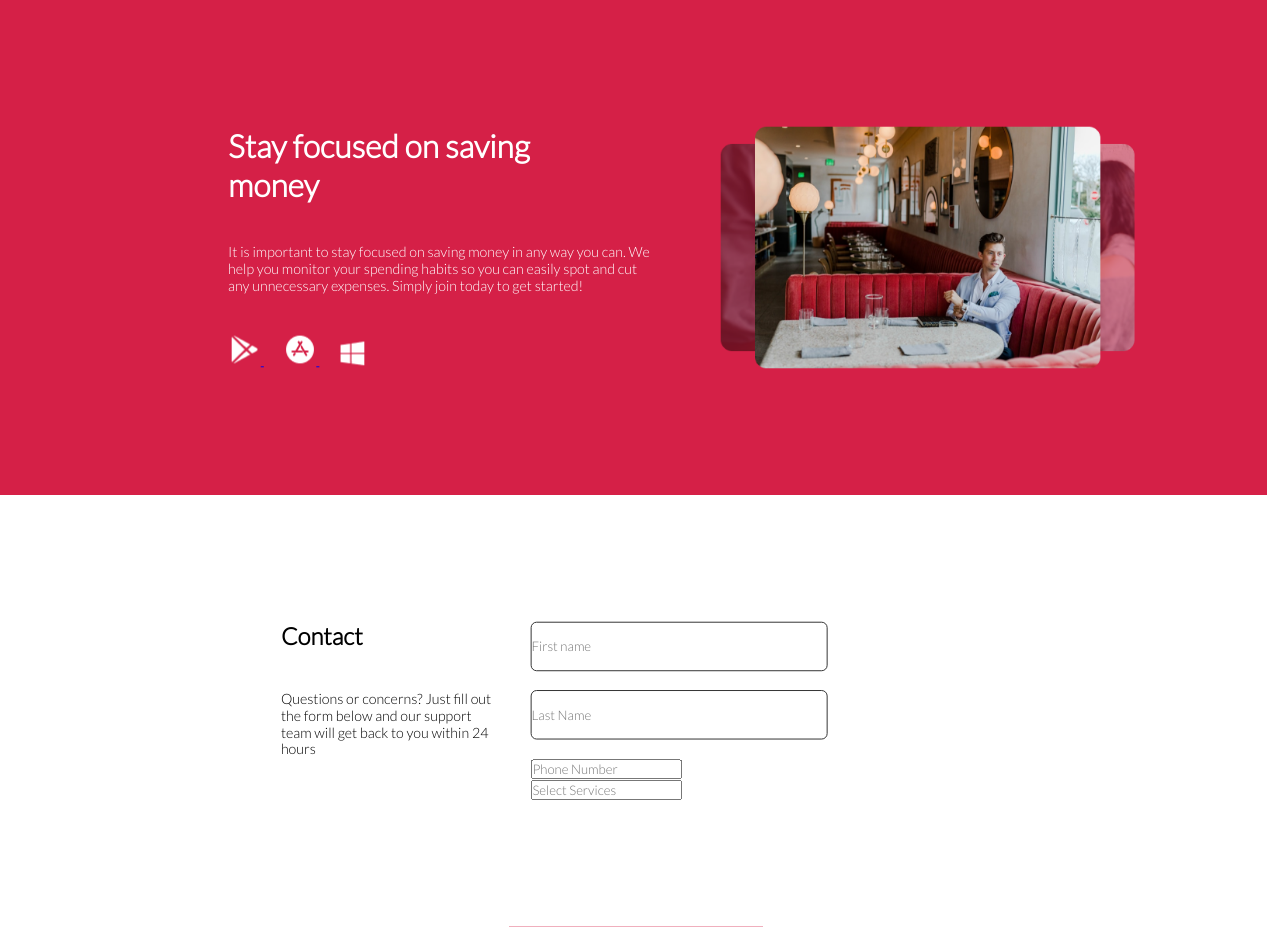
Repository: batonAnton/Cursor_lecture4
Page: index.html
The author's editor kept a copy of each file at every save. The page is drawn from the files as they stood at one save, then again after the next save.
The browser window is 1280 px wide. The pictures show the whole page, at 99% of full size.

Above is the page before, as saved 2022-06-08 15:29:49.

### index.html
<!DOCTYPE html>
<html lang="en">
<head>
    <meta charset="UTF-8">
    <meta http-equiv="X-UA-Compatible" content="IE=edge">
    <meta name="viewport" content="width=device-width, initial-scale=1.0">
    <title>CloudBudget Freebie</title>
    <link rel="preconnect" href="https://fonts.googleapis.com">
    <link rel="preconnect" href="https://fonts.gstatic.com" crossorigin>
    <link href="https://fonts.googleapis.com/css2?family=Lato:wght@300&display=swap" rel="stylesheet">
    <link rel="stylesheet" href="css/style.css">
</head>
<body>
    <header>
        <div class="info-box">
            <h1>Stay focused on saving <br> money</h1>
            <p>It is important to stay focused on saving money in any way you can. We <br> help you monitor your spending habits so you can easily spot and cut <br> any unnecessary expenses. Simply join today to get started!</p>

            <div class="link_source">
                <a href="https://play.google.com/store/games?hl=uk&gl=US">
                    <img src="/image/icon/google_play.png" alt="icon-google">
                </a>
                <a href="https://www.apple.com/ua/app-store/">
                    <img src="/image/icon/apstore.png" alt="icon-apstore">
                </a>
                <a href="https://www.microsoft.com/uk-ua/software-download/windows10">
                    <img src="/image/icon/windows.png" alt="icon-windows">
                </a>
            </div>
        </div>

        <div class="big_img"></div>
    </header>

    <section>
        <div class="info-box">
            <h1>Contact</h1>
            <p>Questions or concerns? Just fill out the form below and our support <br> team will get back to you within 24 hours</p>
        </div>

        <div class="input-fields">
            <form>
                <input type="text" id="fname" placeholder="First name" name="fname"> <br> <br>
                <input type="text" id="lname" placeholder="Last Name" name="lname"> <br> <br>
                <input type="number" name="" id="" placeholder="Phone Number"> <br>
                <input list="browsers" placeholder="Select Services" name="service">
                <datalist id="browsers">
                    <option value="Service1">
                    <option value="Service2">
                    <option value="Service3">
                    <option value="Service4">
                    <option value="Service5">
                </datalist>
              </form>
        </div>
    </section>
</body>
</html>

### css/style.css
* {
  font-family: "Lato", sans-serif;
  margin: 0;
  padding: 0;
  box-sizing: border-box;
}

header {
  width: 100%;
  height: 20%;
  padding: 10%;
  color: #ffffff;
  display: inline-flex;
  background-color: #d52047;
}

.info-box {
  width: 80%;
  margin-left: 10%;
}

.info-box p {
  width: 90%;
  margin: 40px 0;
  font-size: 0.9rem;
}

.link_source a {
  margin-left: -19px;
  padding: 0 20px;
}

.big_img {
  background-image: url("/image/Photo.png");
  width: 70%;
  /* height: 311px; */
  background-repeat: no-repeat;
  background-position: center;
  background-size: contain;
}

/* Section */
section {
  color: #000000;
  display: inline-flex;
  padding: 10%;
}

section .info-box {
  margin-left: 22%;
  width: 80%;
}

#fname, #lname{
    width: 300px;
    height: 50px;
    border: 1px solid #333333;
    border-radius: 6px;
}

After the next save:
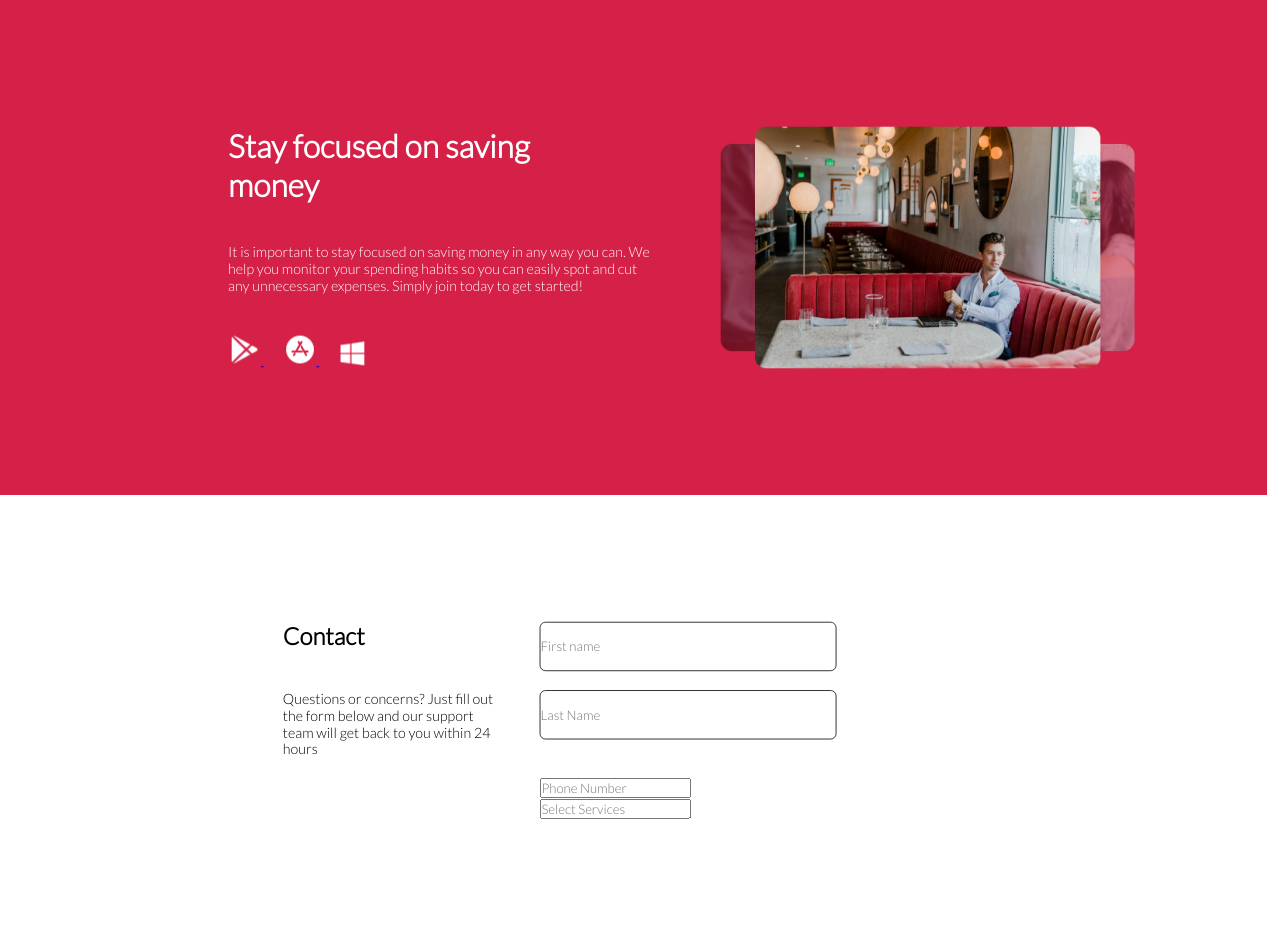
Saved 21 h 51 min later.
--- a/index.html
+++ b/index.html
@@ -41,9 +41,9 @@
         <div class="input-fields">
             <form>
                 <input type="text" id="fname" placeholder="First name" name="fname"> <br> <br>
-                <input type="text" id="lname" placeholder="Last Name" name="lname"> <br> <br>
-                <input type="number" name="" id="" placeholder="Phone Number"> <br>
-                <input list="browsers" placeholder="Select Services" name="service">
+                <input type="text" id="lname" placeholder="Last Name" name="lname"> <br> <br> <br>
+                <input type="number" name="" id="number" placeholder="Phone Number">
+                <input list="browsers" id="dropdown" placeholder="Select Services" name="service"> <br>
                 <datalist id="browsers">
                     <option value="Service1">
                     <option value="Service2">
